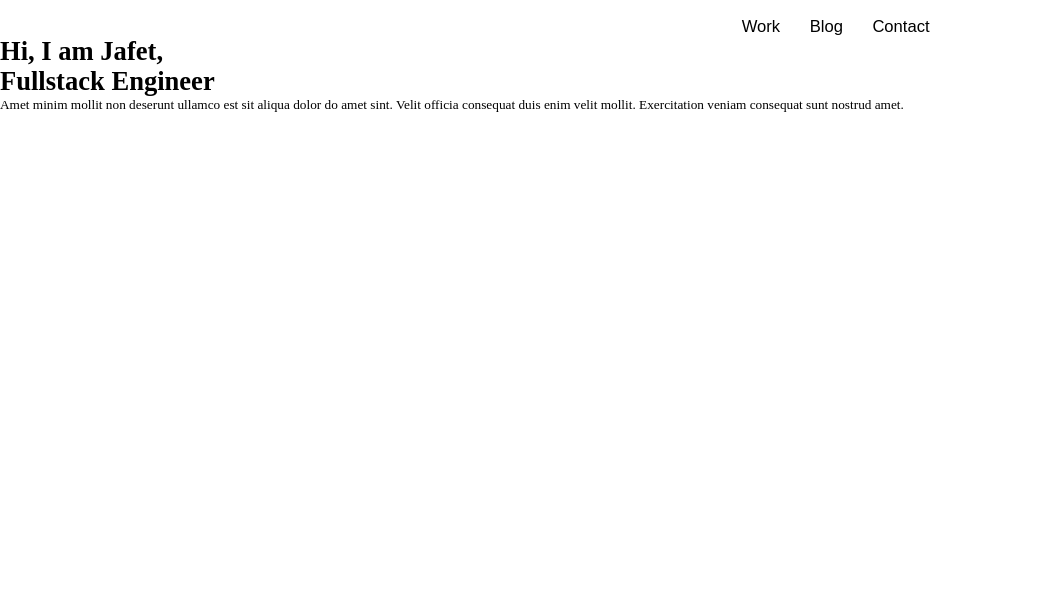
Repository: jafetdn73/portofolio
Page: index.html
The author's editor kept a copy of each file at every save. The page is drawn from the files as they stood at one save, then again after the next save.
The browser window is 1280 px wide. The pictures show the whole page, at 83% of full size.

Above is the page before, as saved 2022-02-21 09:58:57.

After the next save:
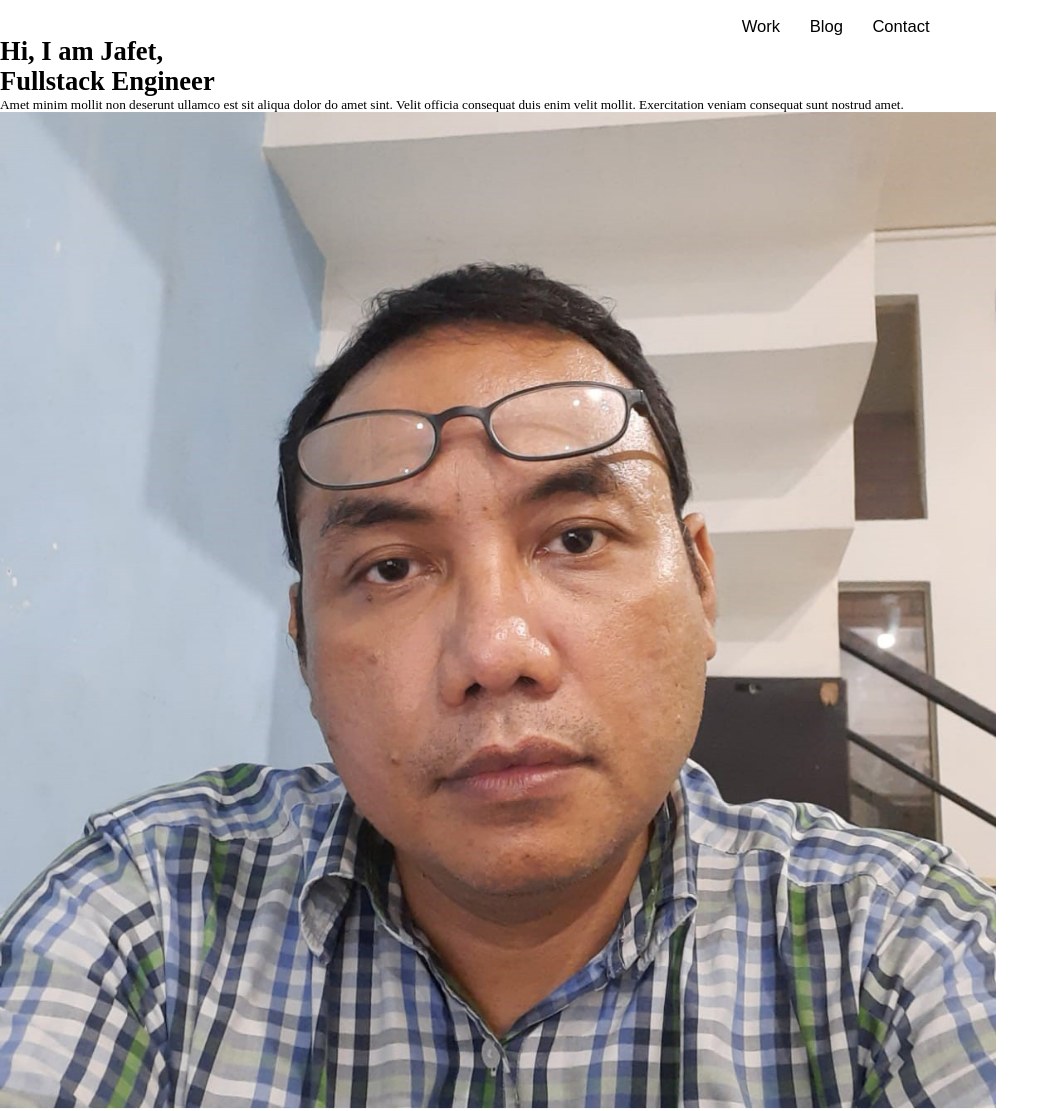
Saved 5 min 3 s later.
--- a/index.html
+++ b/index.html
@@ -33,7 +33,9 @@
                     Amet minim mollit non deserunt ullamco est sit aliqua dolor do amet sint. Velit officia consequat duis enim velit mollit. Exercitation veniam consequat sunt nostrud amet.
                 </p>
             </div>
-            <div class="hero-image"></div>
+            <div class="hero-image">
+                <img src="jafet.png"/>
+            </div>
 
         </div>
     </div>
